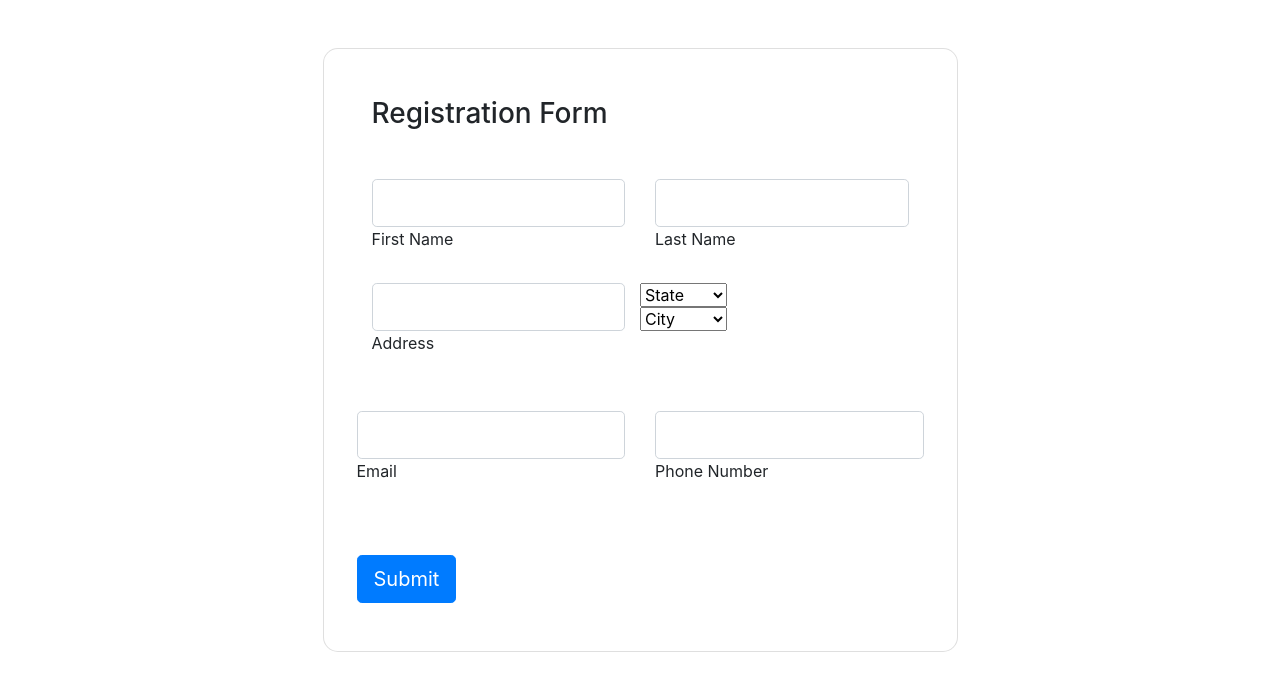
Repository: KeithKeithZ/libapp
Page: http://localhost/userRegister
An editor plug-in stored every save of this project. The page is shown before and after the next save, followed by the edit.
The browser window is 1280 px wide. The pictures show the whole page.
The page is served by the project's Laravel application, run on PHP 8.4 with Laravel 8. Other server files are loaded and not shown.

Above is the page before, as saved 2021-12-03 11:02:18.

### routes/web.php
<?php

use Illuminate\Support\Facades\Route;

/*
|--------------------------------------------------------------------------
| Web Routes
|--------------------------------------------------------------------------
|
| Here is where you can register web routes for your application. These
| routes are loaded by the RouteServiceProvider within a group which
| contains the "web" middleware group. Now create something great!
|
*/

Route::get('/', function () {
    return view('welcome');
});

Route::get('/Users', function () {
    return view('users');
});

Route::get('/userLogin', function () {
    return view('userSignIn');
});

Route::get('/userRegister', function () {
    return view('userRegister');
});

### resources/views/userRegister.blade.php
<!DOCTYPE html>
<html lang="{{ str_replace('_', '-', app()->getLocale()) }}">
    <head>
        <title>Bootstrap Example</title>
        <meta charset="utf-8">
        <meta name="viewport" content="width=device-width, initial-scale=1">
        <link rel="stylesheet" href="https://stackpath.bootstrapcdn.com/bootstrap/4.1.3/css/bootstrap.min.css" integrity="sha384-MCw98/SFnGE8fJT3GXwEOngsV7Zt27NXFoaoApmYm81iuXoPkFOJwJ8ERdknLPMO" crossorigin="anonymous">
        <script src="https://code.jquery.com/jquery-3.3.1.slim.min.js" integrity="sha384-q8i/X+965DzO0rT7abK41JStQIAqVgRVzpbzo5smXKp4YfRvH+8abtTE1Pi6jizo" crossorigin="anonymous"></script>
        <script src="https://cdnjs.cloudflare.com/ajax/libs/popper.js/1.14.3/umd/popper.min.js" integrity="sha384-ZMP7rVo3mIykV+2+9J3UJ46jBk0WLaUAdn689aCwoqbBJiSnjAK/l8WvCWPIPm49" crossorigin="anonymous"></script>
        <script src="https://stackpath.bootstrapcdn.com/bootstrap/4.1.3/js/bootstrap.min.js" integrity="sha384-ChfqqxuZUCnJSK3+MXmPNIyE6ZbWh2IMqE241rYiqJxyMiZ6OW/JmZQ5stwEULTy" crossorigin="anonymous"></script>
    </head>

    <section class="vh-100 gradient-custom">
        <div class="container py-5 h-100">
            <div class="row justify-content-center align-items-center h-100">
            <div class="col-12 col-lg-9 col-xl-7">
                <div class="card shadow-2-strong card-registration" style="border-radius: 15px;">
                <div class="card-body p-4 p-md-5">
                    <h3 class="mb-4 pb-2 pb-md-0 mb-md-5">Registration Form</h3>
                    <form>

                    <div class="row">
                        <div class="col-md-6 mb-4">

                        <div class="form-outline">
                            <input type="text" id="firstName" class="form-control form-control-lg" />
                            <label class="form-label" for="firstName">First Name</label>
                        </div>

                        </div>
                        <div class="col-md-6 mb-4">

                        <div class="form-outline">
                            <input type="text" id="lastName" class="form-control form-control-lg" />
                            <label class="form-label" for="lastName">Last Name</label>
                        </div>

                        </div>
                    </div>

                    <div class="row">
                        <div class="col-md-6 mb-4 d-flex align-items-center">

                        <div class="form-outline mb-4">
                            <input type="text" id="form3Example8" class="form-control form-control-lg" />
                            <label class="form-label" for="form3Example8">Address</label>
                        </div>

                        </div>

                        <div class="row">
                            <div class="col-md-6 mb-4 pb-2">

                                <div class="form-outline">
                                    <select>
                                        <option value="1">State</option>
                                        <option value="2">Option 1</option>
                                        <option value="3">Option 2</option>
                                        <option value="4">Option 3</option>
                                    </select>

                                </div>

                                <div class="form-outline mb-4">

                                    <select class="select">
                                        <option value="1">City</option>
                                        <option value="2">Option 1</option>
                                        <option value="3">Option 2</option>
                                        <option value="4">Option 3</option>
                                    </select>
                                </div>
                            </div>
                        </div>

                    <div class="row">
                        <div class="col-md-6 mb-4 pb-2">

                        <div class="form-outline">
                            <input type="email" id="emailAddress" class="form-control form-control-lg" />
                            <label class="form-label" for="emailAddress">Email</label>
                        </div>

                        </div>
                        <div class="col-md-6 mb-4 pb-2">

                        <div class="form-outline">
                            <input type="tel" id="phoneNumber" class="form-control form-control-lg" />
                            <label class="form-label" for="phoneNumber">Phone Number</label>
                        </div>

                        </div>
                    </div>

                    <div class="mt-4 pt-2">
                        <input class="btn btn-primary btn-lg" type="submit" value="Submit" />
                    </div>

                    </form>
                </div>
                </div>
            </div>
            </div>
        </div>
    </section>

</html>

After the next save:
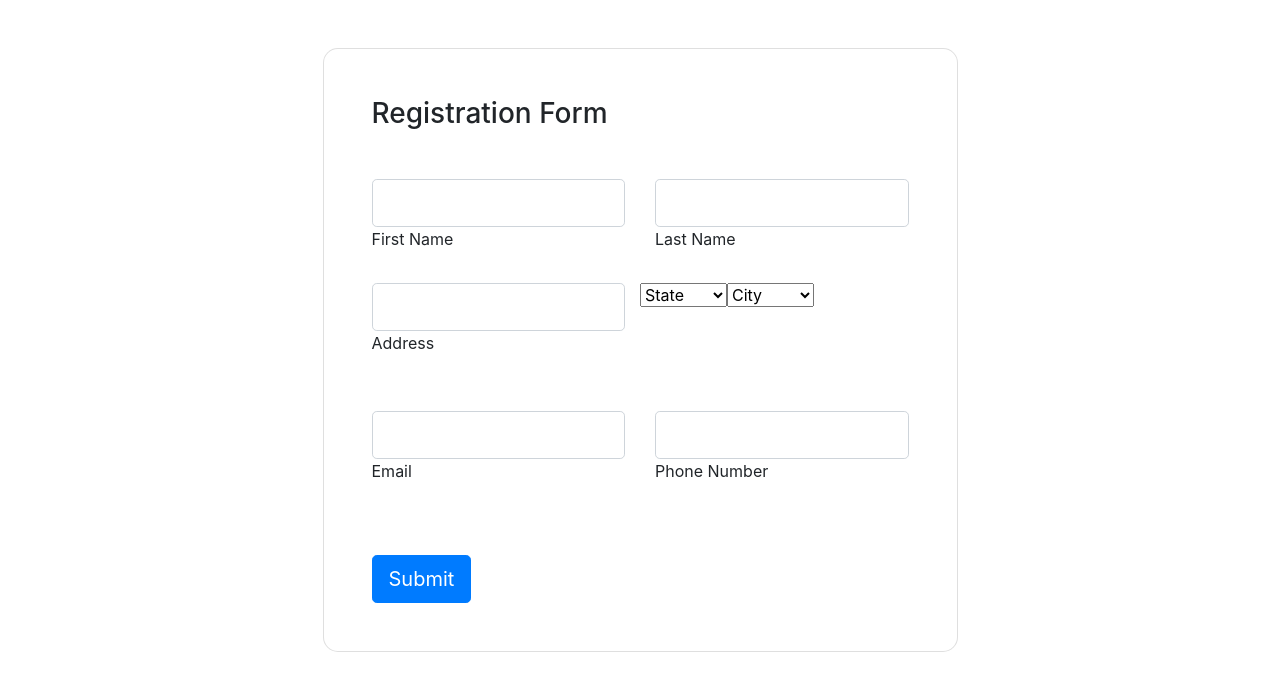
Saved 33 s later.
--- a/resources/views/userRegister.blade.php
+++ b/resources/views/userRegister.blade.php
@@ -49,9 +49,8 @@
                         </div>
 
                         <div class="row">
-                            <div class="col-md-6 mb-4 pb-2">
 
-                                <div class="form-outline">
+                                <div class="col-md-6 mb-4">
                                     <select>
                                         <option value="1">State</option>
                                         <option value="2">Option 1</option>
